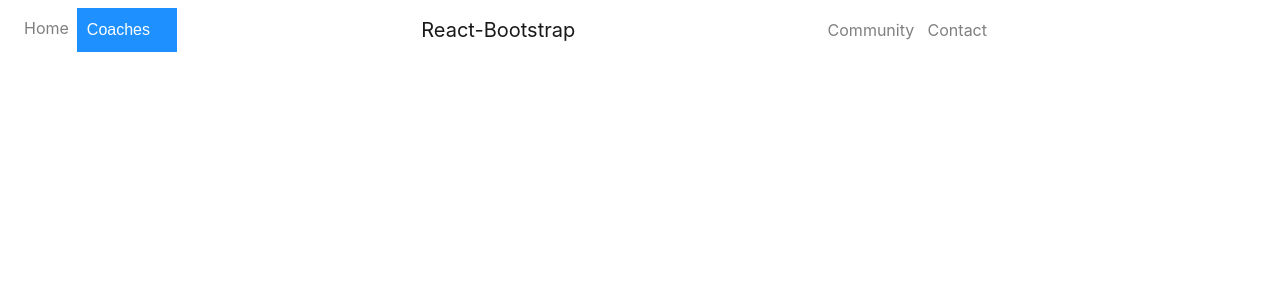
Repository: rihemebh/PersoCoach-Back
Page: / (app in persocoach/persocoach-front/)
The author's editor kept a copy of each file at every save. The page is drawn from the files as they stood at one save, then again after a run of saves.
The browser window is 1280 px wide. The pictures show the whole page.
The project was rebuilt for these pictures with package versions that can differ from the ones it lists, and the page was loaded fresh each time.

Above is the page before, as saved 2021-04-18 01:11:23.

After the next 2 saves:
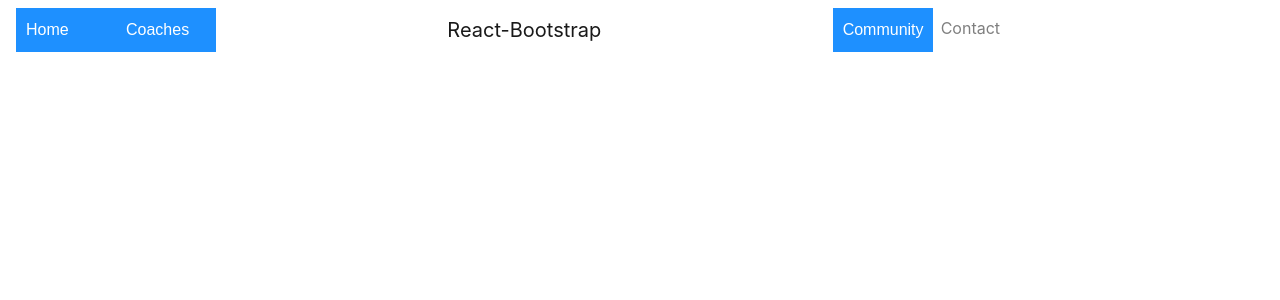
The 2 saves are shown as one change because they came seconds apart.
The last was saved 8 s later.
--- a/persocoach/persocoach-front/src/Mynavbar.js
+++ b/persocoach/persocoach-front/src/Mynavbar.js
@@ -18,12 +18,12 @@
       <Navbar.Toggle aria-controls="basic-navbar-nav" />
       <Navbar.Collapse >
         <Nav className="mr-auto">
-          <Nav.Link href="#home" >Home</Nav.Link>
+          <Nav.Link href="#home" style={mystyle}>Home</Nav.Link>
           <Nav.Link href="#link" style={mystyle} >Coaches</Nav.Link>
         </Nav>
         <Navbar.Brand href="#home" className="mr-auto" >React-Bootstrap</Navbar.Brand>
         <Nav className="mr-auto" id="basic-navbar-nav">
-        <Nav.Link href="#link" style={{width: "100px" }}>Community</Nav.Link>
+        <Nav.Link href="#link" style={{width: "100px" }} style={mystyle}>Community</Nav.Link>
           <Nav.Link href="#link" style={{width: "100px" }}>Contact</Nav.Link>
           </Nav>
       </Navbar.Collapse>
